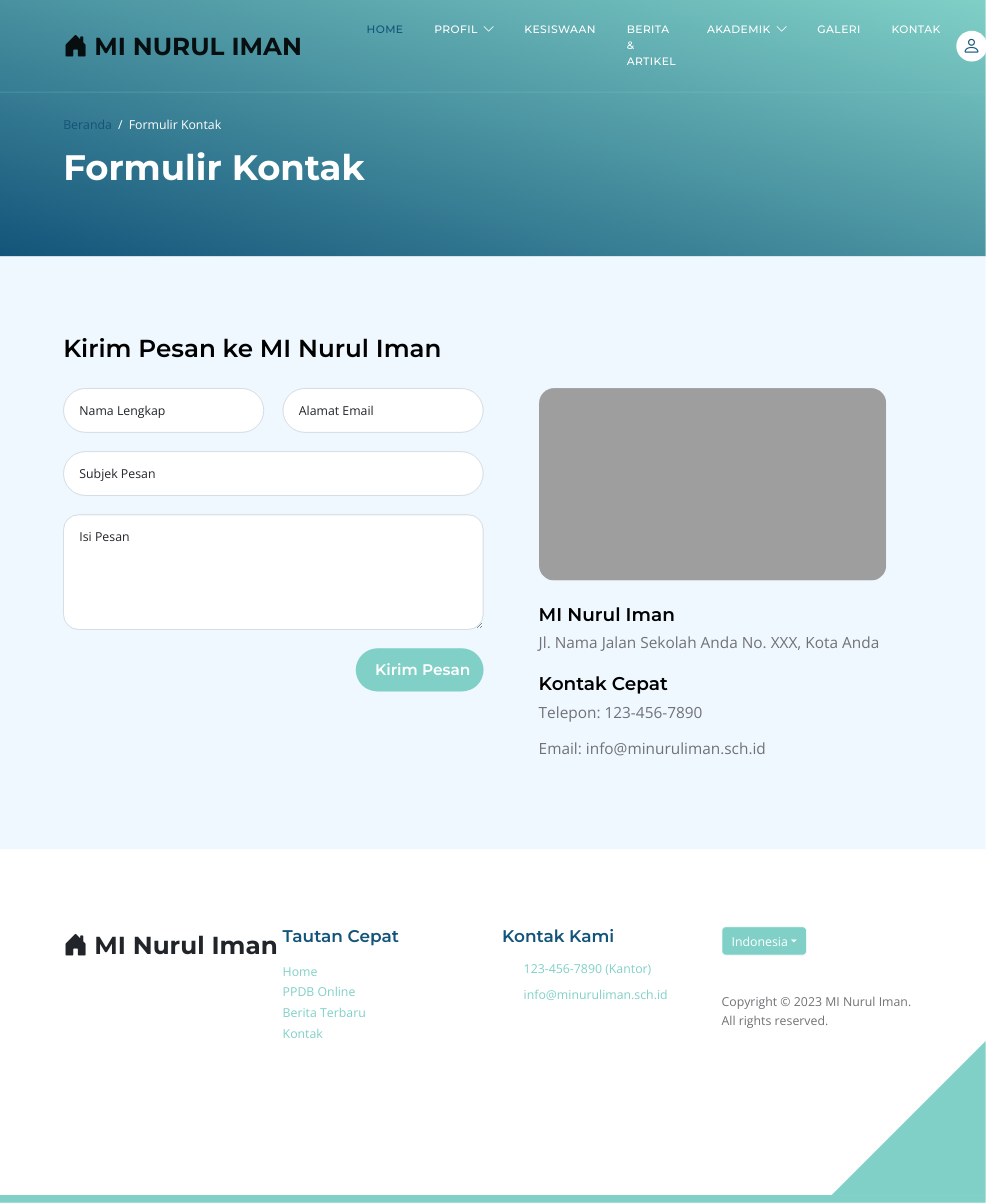
Repository: MKennyChaniago/sekolah-mi-nurul-iman
Page: http://localhost/kontak
An editor plug-in stored every save of this project. The page is shown before and after a run of saves, followed by the edit.
The browser window is 1280 px wide. The page is 1282 px wide, then 1295 px, so the pictures cover 1295 px, including what lies to the right of the window. The pictures show the whole page, at 77% of full size.
Pictures or frames that could not be fetched are drawn as grey boxes. The page is served by the project's Laravel application, run on PHP 8.4 with Laravel 12.

Above is the page before, as saved 2025-12-16 01:10:25.
Console error: TypeError: Cannot read properties of undefined (reading 'top')

After the next 2 saves:
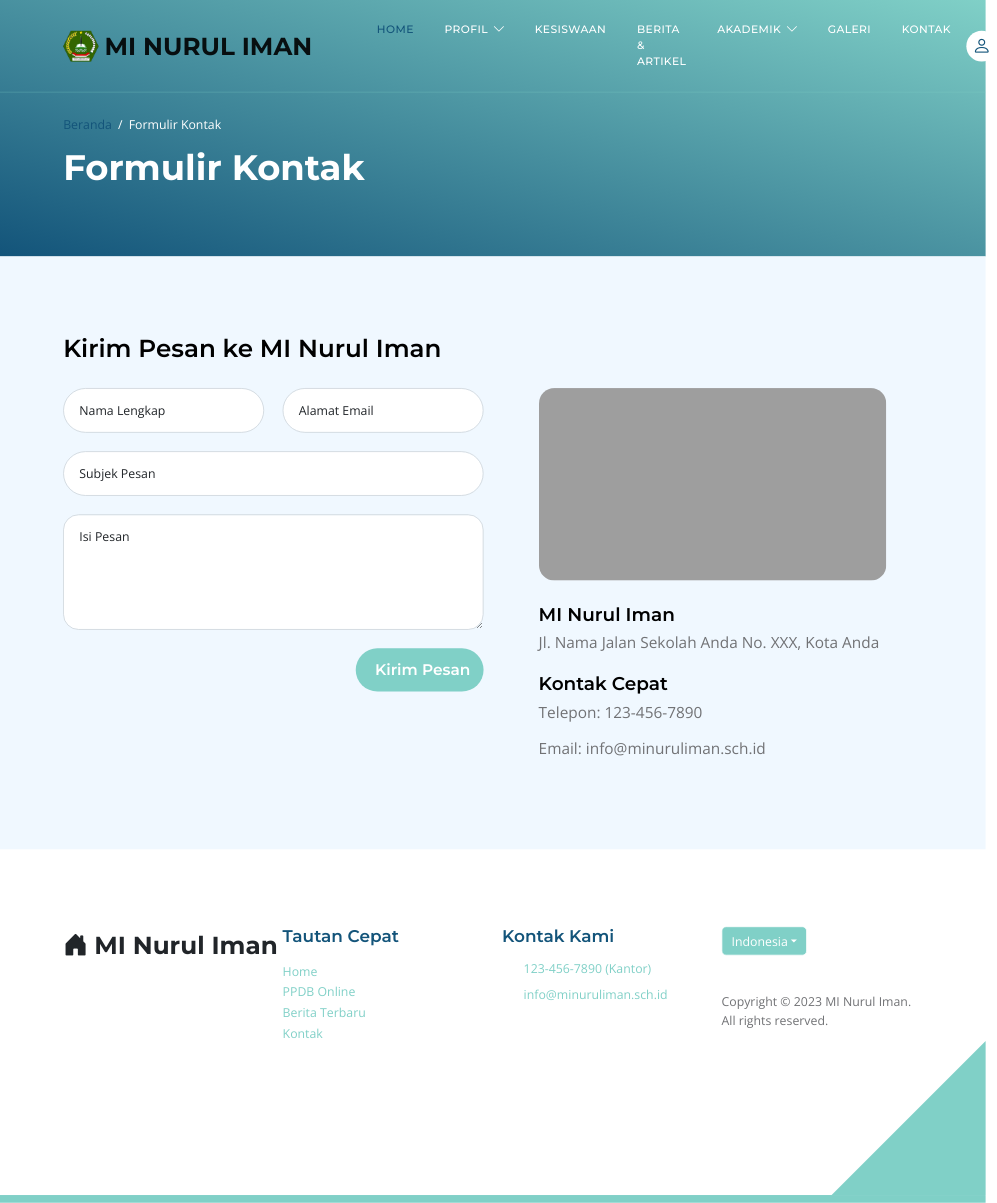
The 2 saves are shown as one change because they came seconds apart.
The last was saved 17 min 39 s later.
--- a/resources/views/layouts/frontend.blade.php
+++ b/resources/views/layouts/frontend.blade.php
@@ -27,9 +27,12 @@
 
             <nav class="navbar navbar-expand-lg">
                 <div class="container">
-                    <a class="navbar-brand" href="{{ route('home') }}">
-                        <i class="bi-house-door-fill"></i>
-                        <span>MI NURUL IMAN</span>
+                    <a class="navbar-brand d-flex align-items-center gap-2" href="{{ route('home') }}">
+                        <img src="{{ asset('images/logo/logo-mi.png') }}"
+                            alt="Logo MI Nurul Iman"
+                            height="40">
+
+                        <span class="fw-bold">MI NURUL IMAN</span>
                     </a>
 
                     <div class="d-lg-none ms-auto me-4">
